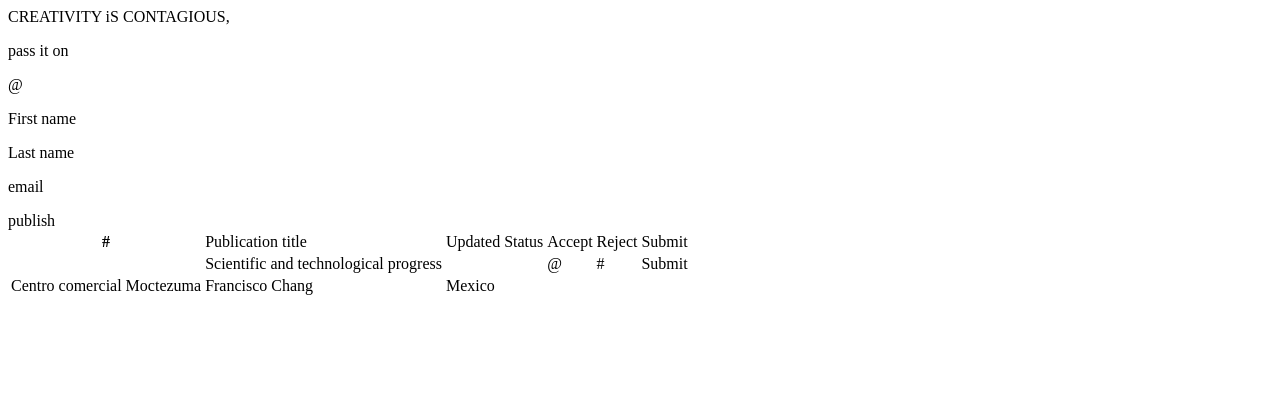
Repository: ceo-of-albeni/articles
Page: /
An editor plug-in stored every save of this project. The page is shown before and after a run of saves, followed by the edit.
The browser window is 1280 px wide. The pictures show the whole page.
The project was rebuilt for these pictures with package versions that can differ from the ones it lists, and the page was loaded fresh each time. Also part of the build but not shown: src/reviewer's profil/reviewer.scss.

Above is the page before, as saved 2023-05-09 18:12:14.

### public/index.html
<!DOCTYPE html>
<html lang="en">
  <head>
    <meta charset="UTF-8" />
    <meta http-equiv="X-UA-Compatible" content="IE=edge" />
    <meta name="viewport" content="width=device-width, initial-scale=1.0" />
    <link rel="icon" href="%PUBLIC_URL%/favicon.ico" />
    <title>Scientist's room</title>
  </head>
  <body>
    <div id="root"></div>
  </body>
</html>

### src/App.js
import React from "react";
import Reviewer from "./reviewer's profil/reveiwer";

const App = () => {
  return (
    <>
      <div>
        <Reviewer/>
      </div>
    </>
  )
};

export default App;

### src/reviewer's profil/reveiwer.jsx
import "./reviewer.scss";

export default function Reviewer() {
    return (
        <>
            <section className="reviewer_section">
                <div className="reviewer_thema">
                CREATIVITY iS CONTAGIOUS, <p>pass it on</p>
                </div>
                <div className="reviewer_user">
                    <div className="user_logo">@</div>
                    <div className="user_data">
                        <p>First name</p>
                        <p>Last name</p>
                        <p>email</p>
                    </div>
                </div>
                <div className="button_publish">
                    publish
                </div>
                <div className="table">
                    <table>
                        <tr>
                            <th>#</th>
                            <td>Publication title </td>
                            <td>Updated</td>
                            <td>Status</td>
                            <td>Accept</td>
                            <td>Reject</td>
                            <td>Submit</td>
                        </tr>
                        <tr>
                            <td></td>
                            <td>Scientific and technological progress</td>
                            <td></td>
                            <td></td>
                            <td>@</td>
                            <td>#</td>
                            <td>Submit</td>
                        </tr>
                        <tr>
                            <td>Centro comercial Moctezuma</td>
                            <td>Francisco Chang</td>
                            <td>Mexico</td>
                        </tr>
                    </table>
                </div>
            </section>
        </>
    )
}

Loaded but not shown: src/index.js (common file)

After the next 5 saves:
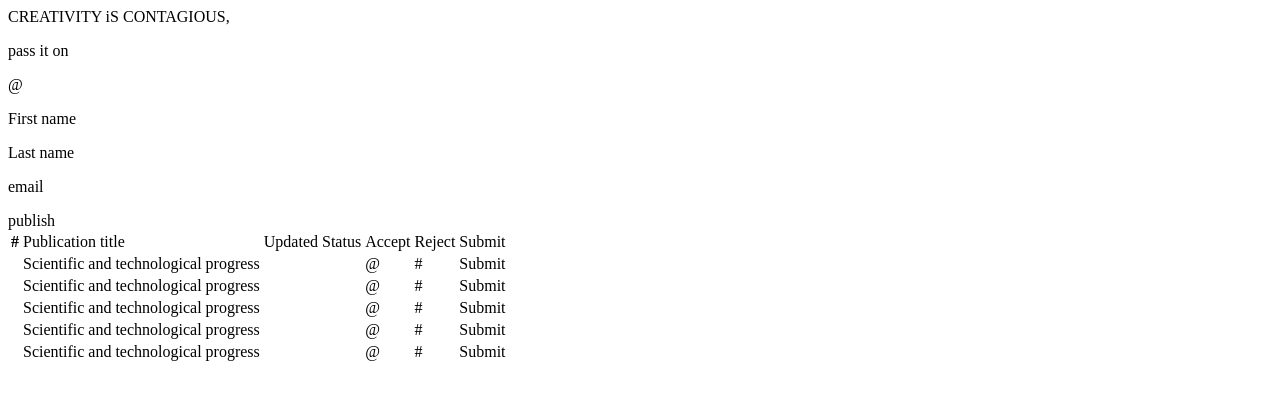
The 5 saves are shown as one change because they came seconds apart.
The last was saved 45 s later.
--- a/src/reviewer's profil/reveiwer.jsx
+++ b/src/reviewer's profil/reveiwer.jsx
@@ -39,9 +39,40 @@ export default function Reviewer() {
                             <td>Submit</td>
                         </tr>
                         <tr>
-                            <td>Centro comercial Moctezuma</td>
-                            <td>Francisco Chang</td>
-                            <td>Mexico</td>
+                            <td></td>
+                            <td>Scientific and technological progress</td>
+                            <td></td>
+                            <td></td>
+                            <td>@</td>
+                            <td>#</td>
+                            <td>Submit</td>
+                        </tr>
+                        <tr>
+                            <td></td>
+                            <td>Scientific and technological progress</td>
+                            <td></td>
+                            <td></td>
+                            <td>@</td>
+                            <td>#</td>
+                            <td>Submit</td>
+                        </tr>
+                        <tr>
+                            <td></td>
+                            <td>Scientific and technological progress</td>
+                            <td></td>
+                            <td></td>
+                            <td>@</td>
+                            <td>#</td>
+                            <td>Submit</td>
+                        </tr>
+                        <tr>
+                            <td></td>
+                            <td>Scientific and technological progress</td>
+                            <td></td>
+                            <td></td>
+                            <td>@</td>
+                            <td>#</td>
+                            <td>Submit</td>
                         </tr>
                     </table>
                 </div>
